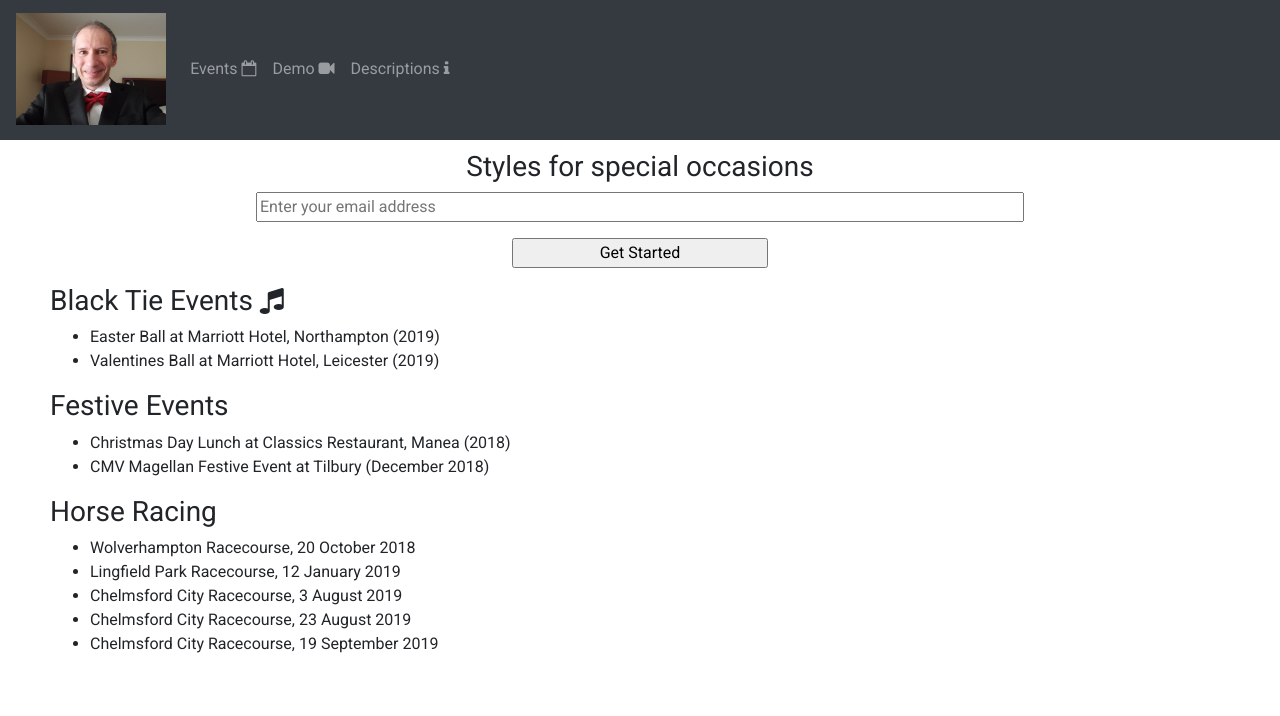
Repository: derektypist/product-landing-page
Page: index.html
The author's editor kept a record of every edit. The page is drawn from the files as they stood at one moment, then again after the next edit.
The browser window is 1280 px wide. The pictures show the whole page.

Above is the page before.
Console error (its wording comes from the project's code and is left out).

### index.html
<!DOCTYPE html>
<html lang="en">

<head>
    <meta charset="UTF-8">
    <meta name="viewport" content="width=device-width, initial-scale=1.0">
    <meta http-equiv="X-UA-Compatible" content="ie=edge">
    <title>Product Landing Page</title>
    <!-- Load Style Sheets -->
    <link rel="stylesheet" href="https://maxcdn.bootstrapcdn.com/bootstrap/4.4.1/css/bootstrap.min.css" integrity="sha384-Vkoo8x4CGsO3+Hhxv8T/Q5PaXtkKtu6ug5TOeNV6gBiFeWPGFN9MuhOf23Q9Ifjh" crossorigin="anonymous">
    <link rel="stylesheet" href="https://maxcdn.bootstrapcdn.com/font-awesome/4.7.0/css/font-awesome.min.css" type="text/css" />
    <link href="https://fonts.googleapis.com/css?family=Roboto&display=swap" rel="stylesheet">
    <style>
        /* Header and Navigation */

        #header {
            font-family: "Roboto", Arial, Verdana, sans-serif;
        }

        #header-img {
            max-height: 112px;
        }

        #nav-bar {
            padding-bottom: 10px;
        }

        /* Form */

        #form {
            padding-top: 150px;
            font-family: "Roboto", Arial, Verdana, sans-serif;
            text-align: center;
            width: 100%;
            display: block;
            margin: auto;
        }

        input {
            width: 60%;
        }

        input[type=submit] {
            width: 20%;
        }

        /* Events */

        #events {
            font-family: "Roboto", Arial, Verdana, sans-serif;
            margin-left: 50px;
        }
    </style>
</head>

<body>
    <!-- Set Up Header -->
    <header id="header">
        <!-- Set Up Navigation with Image -->
        <nav class="navbar navbar-expand navbar-dark bg-dark fixed-top" id="nav-bar">
            <a class="navbar-brand" href="index.html"><img src="derek.JPG" title="Derek Dhammaloka" alt="Derek Dhammaloka" id="header-img"></a>
            <button class="navbar-toggler" type="button" data-toggle="collapse" data-target="navbarSupportedContent" aria-controls="navbarSupportedContent" aria-expanded="false" aria-label="Toggle navigation">
    <span class="navbar-toggler-icon"></span>
  </button>
            <div class="collapse navbar-collapse" id="navbarSupportedContent">
                <ul class="navbar-nav mr-auto">
                    <li class="nav-item">
                        <a class="nav-link" href="#events">Events <i class="fa fa-calendar-o" aria-hidden="true"></i></a>
                    </li>
                    <li class="nav-item">
                        <a class="nav-link" href="#demo">Demo <i class="fa fa-video-camera" aria-hidden="true"></i></a>
                    </li>
                    <li class="nav-item">
                        <a class="nav-link" href="#descriptions">Descriptions <i class="fa fa-info" aria-hidden="true"></i></a>
                    </li>
                </ul>
        </nav>
    </header>

    <!-- Set Up Main Content -->
    <main>
        <!-- Set Up Form -->
        <form id="form">
            <h3>Styles for special occasions</h3>
            <!-- Set Up Email Field -->
            <input type="email" id="email" name="email" placeholder="Enter your email address">
            <p></p>
            <!-- Set Up Submit Button -->
            <input type="submit" id="submit" value="Get Started" onclick="https://www.freecodecamp.com/email-submit" target="_blank">
        </form>

        <!-- Provide Section for Events -->
        <section id="events">
            <!-- Provide Article for Black Tie Events -->
            <article>
                <p></p>
                <h3>Black Tie Events <i class="fa fa-music" aria-hidden="true"></i></h3>
                <!-- Provide List Items -->
                <ul>
                    <li>Easter Ball at Marriott Hotel, Northampton (2019)</li>
                    <li>Valentines Ball at Marriott Hotel, Leicester (2019)</li>
                </ul>
            </article>

            <!-- Provide Article for Festive Events -->
            <article>
                <p></p>
                <h3>Festive Events</h3>
                <!-- Provide List Items -->
                <ul>
                    <li>Christmas Day Lunch at Classics Restaurant, Manea (2018)</li>
                    <li>CMV Magellan Festive Event at Tilbury (December 2018)</li>
                </ul>
            </article>

            <!-- Provide Article for Horse Racing Events -->
            <article>
                <p></p>
                <h3>Horse Racing</h3>
                <!-- Provide List Items -->
                <ul>
                    <li>Wolverhampton Racecourse, 20 October 2018</li>
                    <li>Lingfield Park Racecourse, 12 January 2019</li>
                    <li>Chelmsford City Racecourse, 3 August 2019</li>
                    <li>Chelmsford City Racecourse, 23 August 2019</li>
                    <li>Chelmsford City Racecourse, 19 September 2019</li>
                </ul>
            </article>
        </section>

        <section id="demo"></section>
        <section id="descriptions"></section>
    </main>
</body>

</html>

After the next edit:
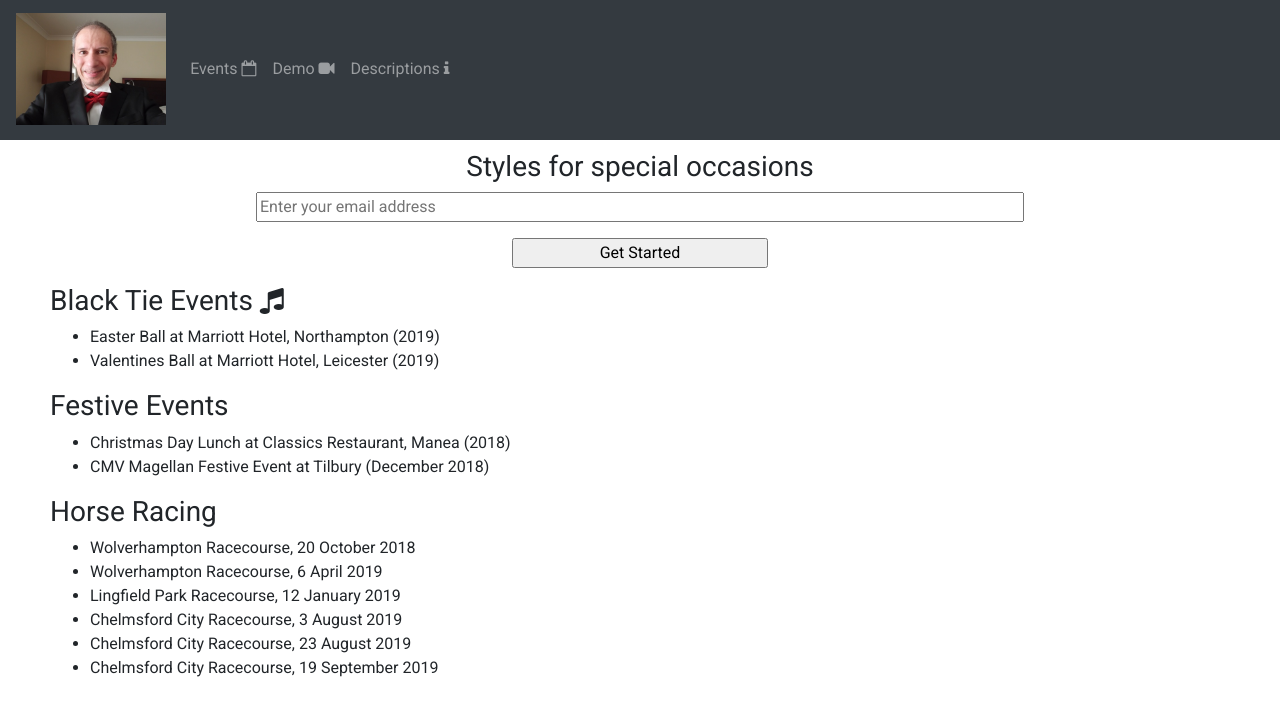
The edit:
--- a/index.html
+++ b/index.html
@@ -120,6 +120,7 @@
                 <!-- Provide List Items -->
                 <ul>
                     <li>Wolverhampton Racecourse, 20 October 2018</li>
+                    <li>Wolverhampton Racecourse, 6 April 2019</li>
                     <li>Lingfield Park Racecourse, 12 January 2019</li>
                     <li>Chelmsford City Racecourse, 3 August 2019</li>
                     <li>Chelmsford City Racecourse, 23 August 2019</li>
